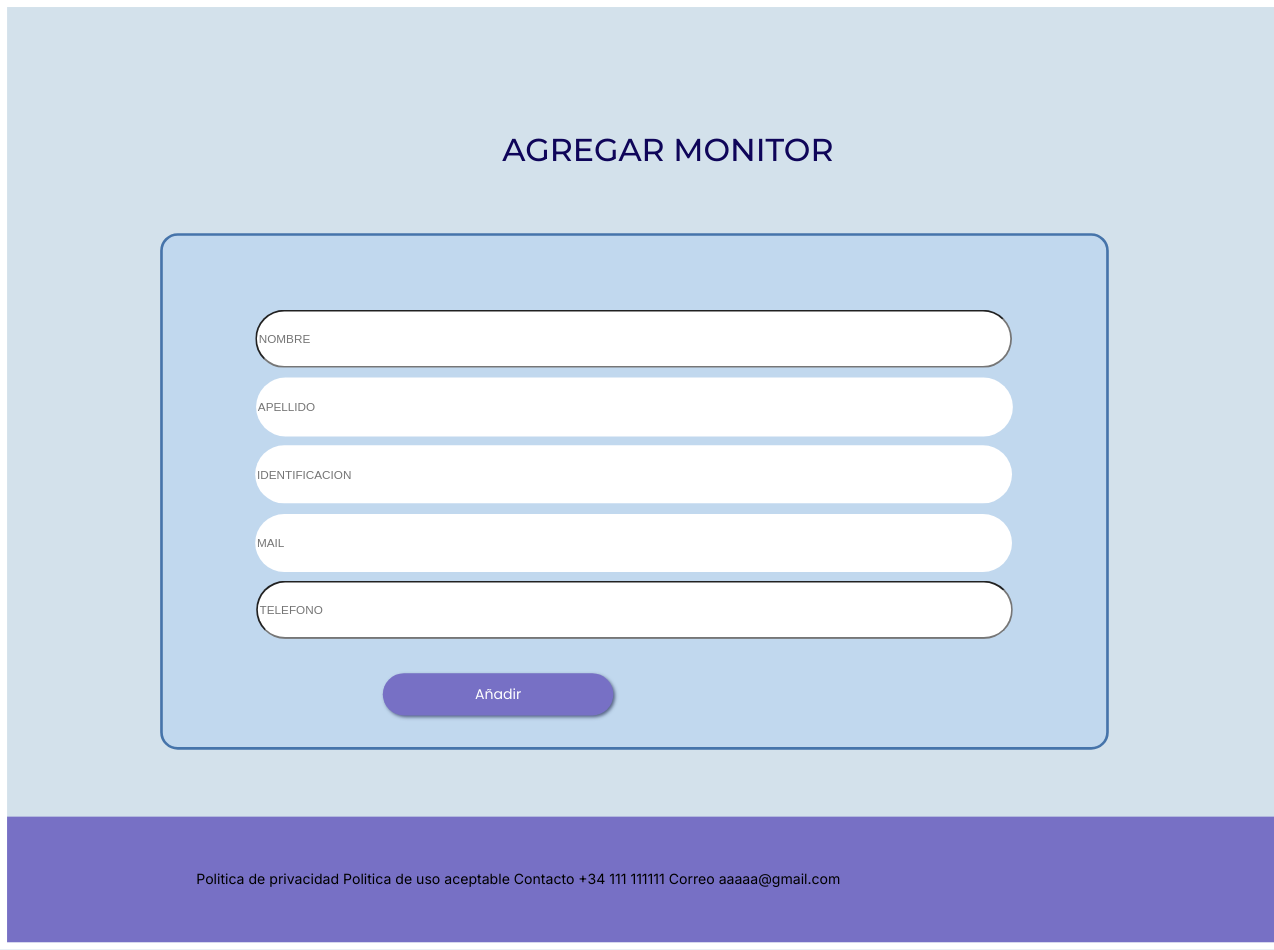
Repository: maariadomiingo/Proyecto-Integrador-Campamento
Page: html/agregarMonitor.html
The author's editor kept a copy of each file at every save. The page is drawn from the files as they stood at one save, then again after the next save.
The browser window is 1280 px wide. The page is 1448 px wide, so the pictures cover 1448 px, including what lies to the right of the window. The pictures show the whole page, at 88% of full size.

Above is the page before, as saved 2025-02-13 10:40:59.

After the next save:
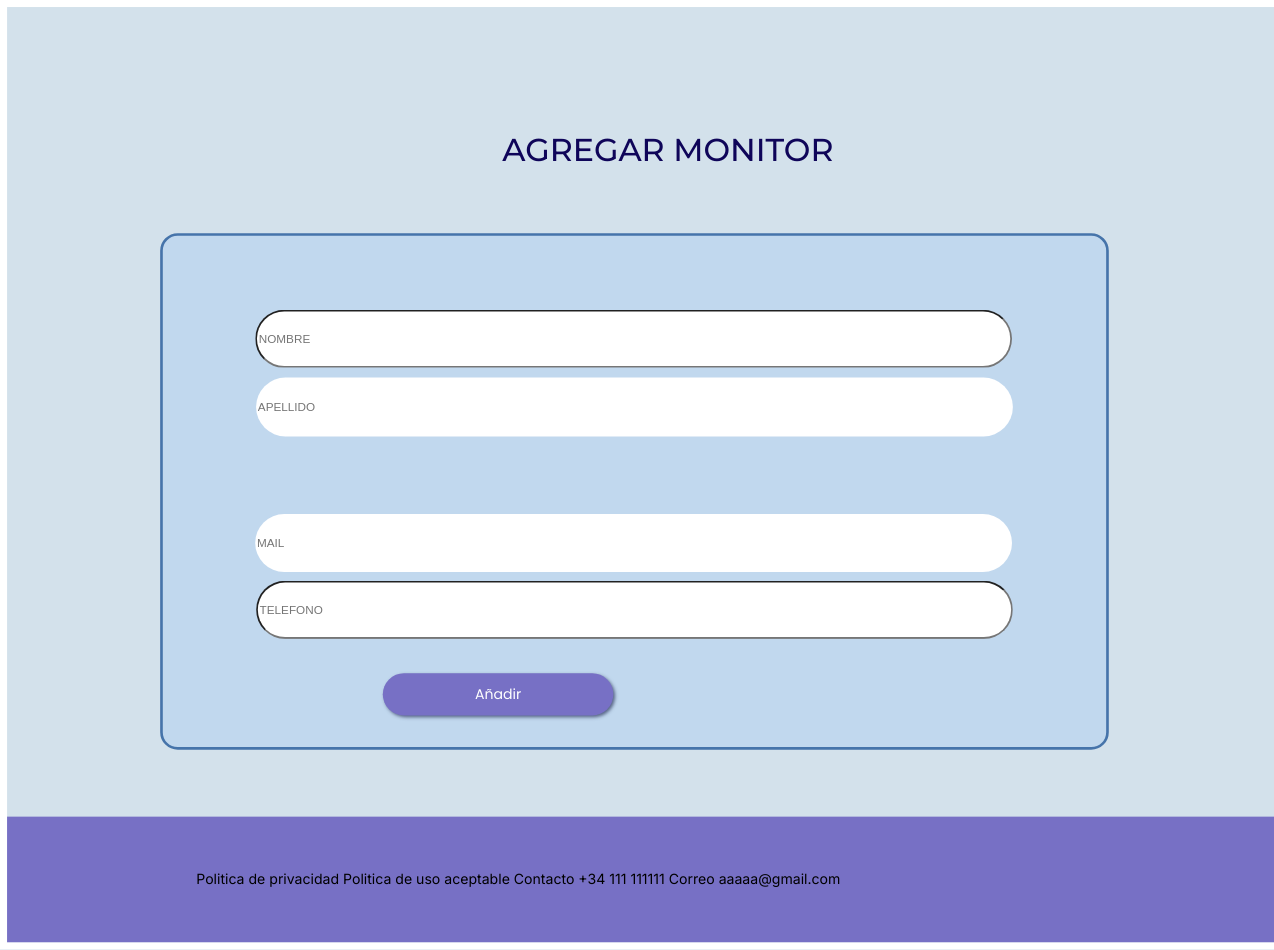
Saved 8 s later.
--- a/css/agregarMonitor.css
+++ b/css/agregarMonitor.css
@@ -142,7 +142,7 @@
 }
 
 
-.rectangle-button {
+.identidicacion {
   position: absolute;
   width: 860px;
   height: 66px;

After the 5 saves that followed:
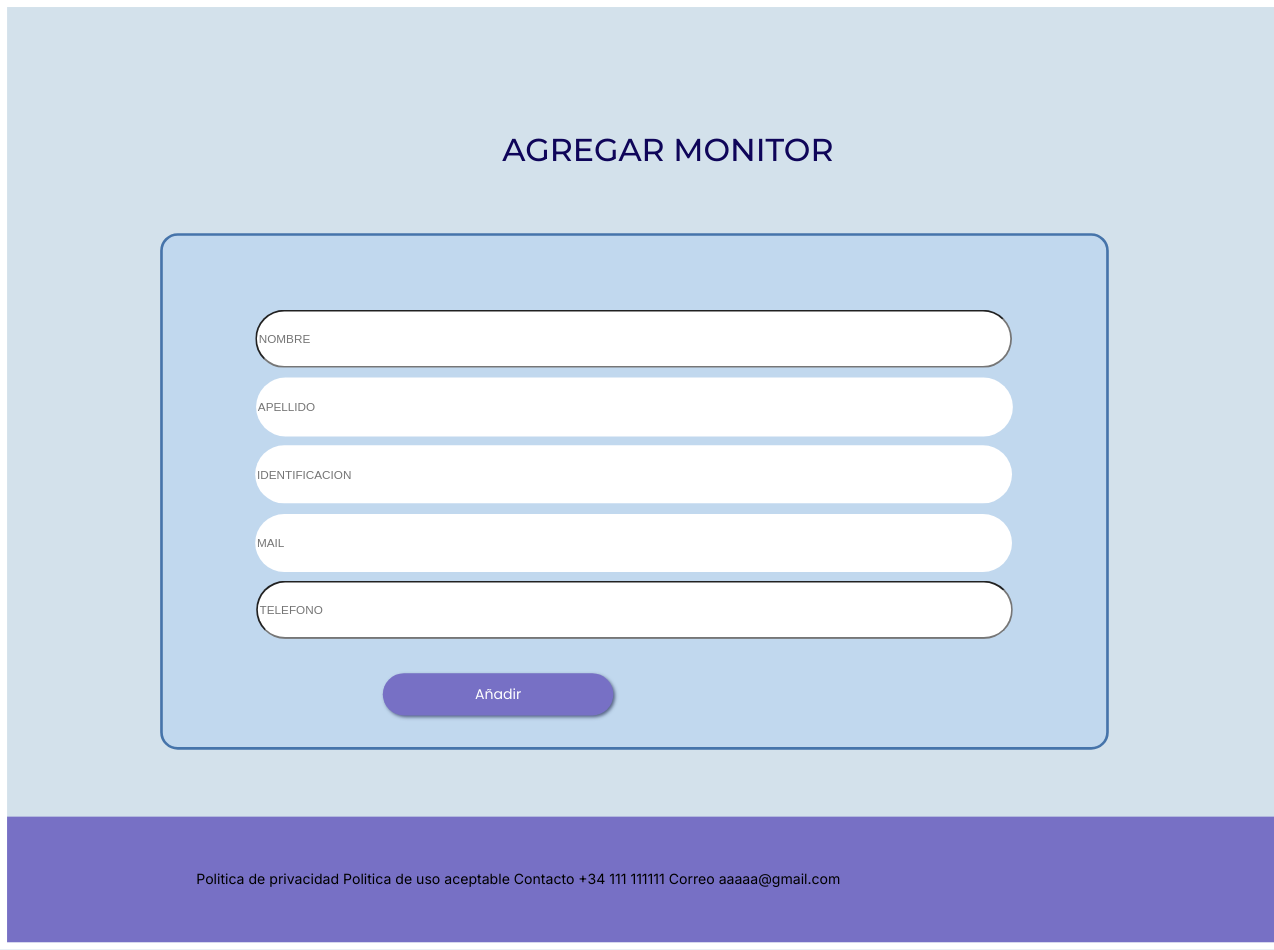
The 5 saves are shown as one change because 2 left the picture as it was and some came seconds apart.
The last was saved 27 s later.
--- a/html/agregarMonitor.html
+++ b/html/agregarMonitor.html
@@ -27,7 +27,7 @@
       <input type="text" class="apellido" name="apellido" placeholder="APELLIDO">
       <input type="email" class="mail" name="mail" placeholder="MAIL">
       <input type="text" class="rectangle-9" name="telefono" placeholder="TELEFONO">
-      <input type="text" class="rectangle-button" name="IDENTIFICACION" placeholder="IDENTIFICACION">
+      <input type="text" class="identificacion" name="IDENTIFICACION" placeholder="IDENTIFICACION">
 
       <button class="primary-buttons">
         <span class="button">Añadir</span>
--- a/css/agregarMonitor.css
+++ b/css/agregarMonitor.css
@@ -142,7 +142,7 @@
 }
 
 
-.identidicacion {
+.identificacion {
   position: absolute;
   width: 860px;
   height: 66px;
